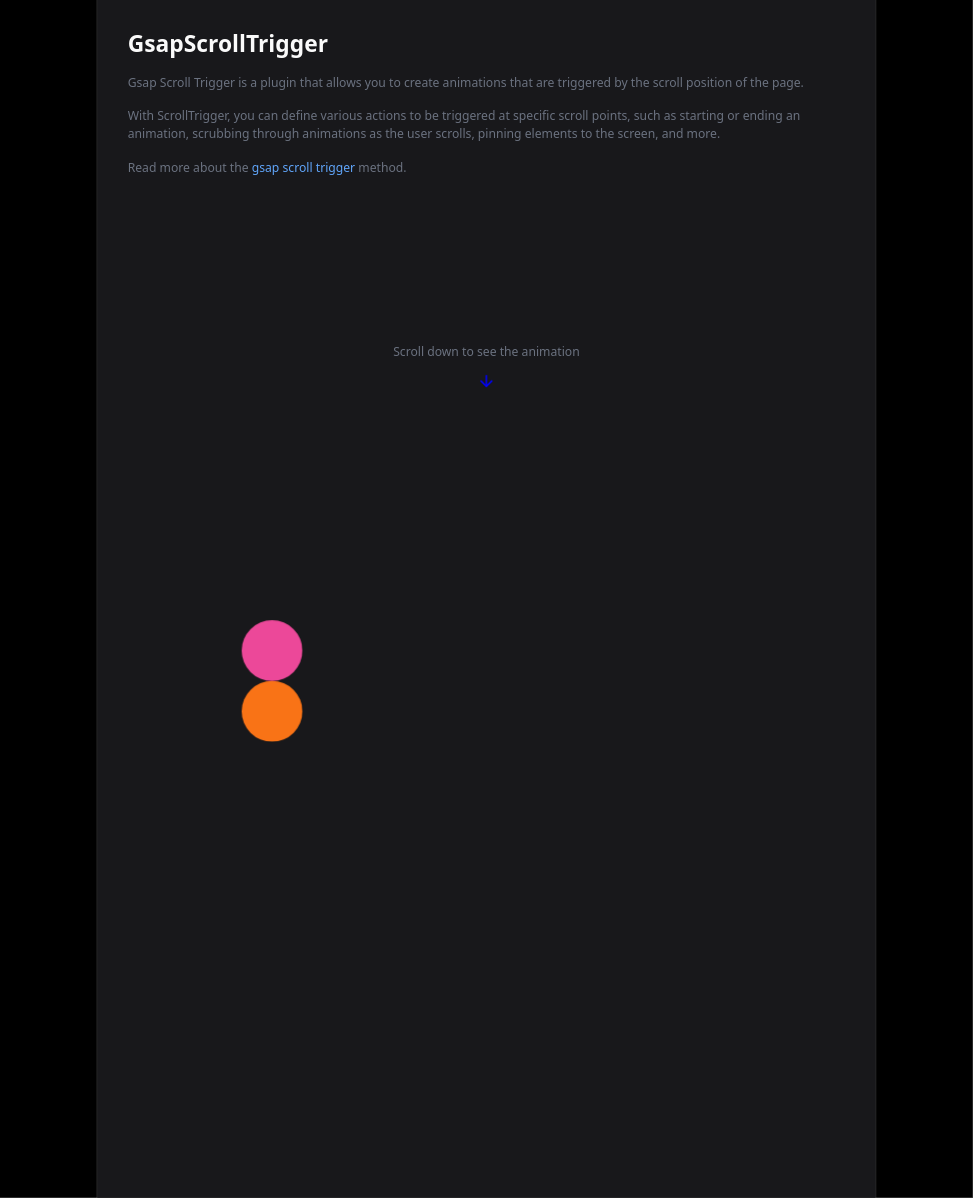
Repository: mgoyeghiaian/gsap-Starter
Page: /gsapscrolltrigger
These files come from the project's save history. The page is drawn as it stood at one moment and after a run of saves; the edit follows.
The browser window is 1280 px wide. The pictures show the whole page, at 76% of full size.
The project was rebuilt for these pictures with package versions that can differ from the ones it lists, and the page was loaded fresh each time. Also part of the build but not shown: vite.config.js, src/pages/Home.jsx, src/pages/GsapTo.jsx, src/pages/GsapFrom.jsx, src/pages/GsapFromTo.jsx, src/pages/GsapStagger.jsx, src/pages/GsapTimeline.jsx, src/pages/GsapText.jsx.

Above is the page before, as saved 2024-03-18 00:06:50.

After the next 3 saves:
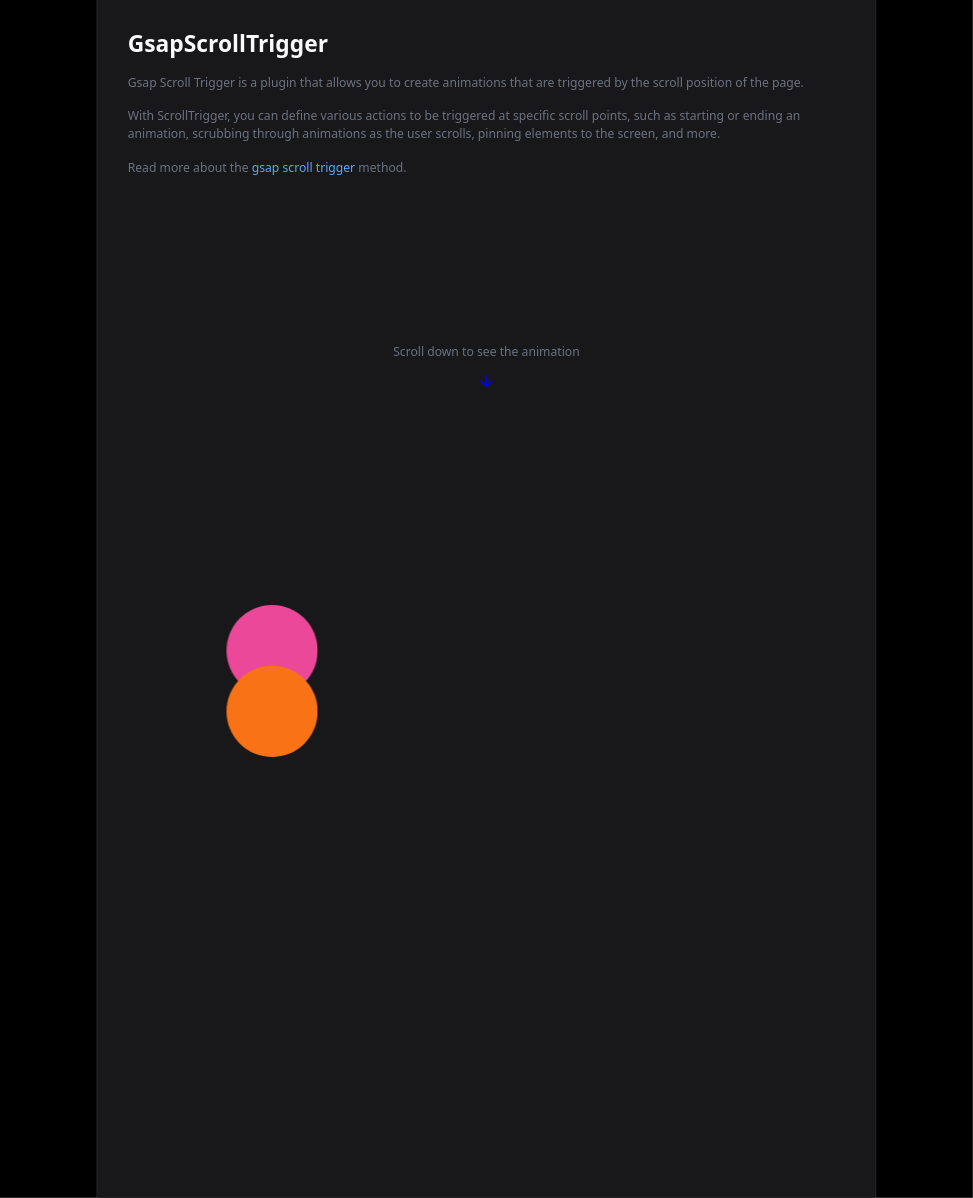
The 3 saves are shown as one change because they came seconds apart.
The last was saved 8 s later.
--- a/src/pages/GsapScrollTrigger.jsx
+++ b/src/pages/GsapScrollTrigger.jsx
@@ -12,11 +12,12 @@
   useGSAP(() => {
     const boxes = gsap.utils.toArray(scrollRef.current.children);
     boxes.forEach((box) => {
-gsap.to(box, {
-  x:150,
-  rotation:360,
-  borderRadius:'100%',
-})
+      gsap.to(box, {
+        x: 150,
+        rotation: 360,
+        borderRadius: '100%',
+        scale: 1.5,
+      })
     })
   }, [])
   return (
